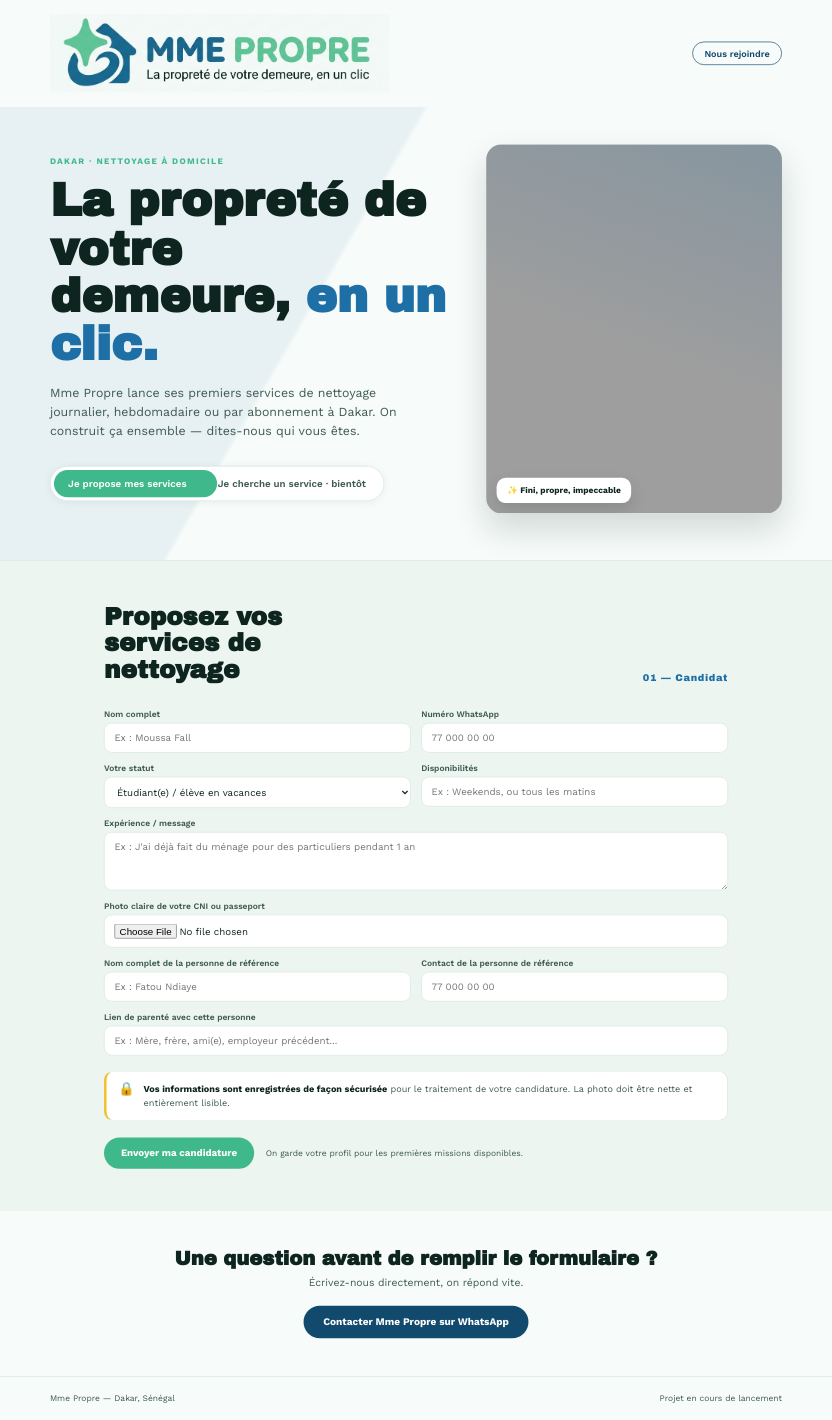
Repository: AntaaaKD/Mme-Propre
Page: test.html
An editor plug-in stored every save of this project. The page is shown before and after the next save, followed by the edit.
The browser window is 1280 px wide. The pictures show the whole page, at 65% of full size.
Pictures or frames that could not be fetched are drawn as grey boxes.

Above is the page before, as saved 2026-07-20 01:00:47.

### test.html
<!DOCTYPE html>
<html lang="fr">
<head>
<meta charset="UTF-8">
<meta name="viewport" content="width=device-width, initial-scale=1.0">
<title>Mme Propre — La propreté de votre demeure, en un clic</title>
<link rel="preconnect" href="https://fonts.googleapis.com">
<link rel="preconnect" href="https://fonts.gstatic.com" crossorigin>
<link href="https://fonts.googleapis.com/css2?family=Archivo+Black&family=Work+Sans:wght@400;500;600;700&display=swap" rel="stylesheet">
<style>
  :root{
    --surface:#F7FBF9;
    --surface-2:#ECF5F0;
    --ink:#0E241E;
    --ink-soft:#3E5A52;
    --blue:#1D6FA5;
    --blue-deep:#124A6E;
    --mint:#3FB88C;
    --lemon:#F2C230;
    --line:#D6E6DE;
    --radius:18px;
    --display:"Archivo Black", sans-serif;
    --body:"Work Sans", sans-serif;
  }
  *{box-sizing:border-box;}
  body{margin:0;padding:0;background:var(--surface);color:var(--ink);font-family:var(--body);}
  a{color:inherit;}

  /* ---------- HEADER ---------- */
  header{
    display:flex;align-items:center;justify-content:space-between;
    padding:22px 6vw;
  }
  .logo{
    font-family:var(--display);
    font-size:20px;
    letter-spacing:0.5px;
    display:flex;align-items:center;gap:10px;
  }
  .logo-img {
  height: 120px; /* Ajustez la hauteur selon vos besoins */
  width: auto;
  display: block;
}
  .logo-dot{width:12px;height:12px;border-radius:50%;background:var(--mint);box-shadow:0 0 0 4px rgba(63,184,140,0.18);}
  .header-cta{
    font-size:14px;font-weight:600;color:var(--blue-deep);
    border:1.5px solid var(--blue-deep);border-radius:999px;
    padding:9px 18px;text-decoration:none;
    transition:background .2s ease, color .2s ease;
  }
  .header-cta:hover{background:var(--blue-deep);color:#fff;}

  /* ---------- HERO ---------- */
  .hero{
    position:relative;
    padding:8vh 6vw 10vh;
    overflow:hidden;
  }
  .hero-grid{
    position:relative;z-index:2;
    display:grid;grid-template-columns:1.15fr 0.85fr;gap:56px;align-items:center;
  }
  @media (max-width:860px){
    .hero-grid{grid-template-columns:1fr;}
    .hero-image{order:-1;max-height:280px;}
  }
  .hero-image{
    position:relative;border-radius:24px;overflow:hidden;
    box-shadow:0 24px 50px rgba(14,36,30,0.16);
    aspect-ratio:4/5;
  }
  .hero-image img{
    width:100%;height:100%;object-fit:cover;display:block;
  }
  .hero-image::after{
    content:"";position:absolute;inset:0;
    background:linear-gradient(200deg, rgba(29,111,165,0.18), transparent 55%);
  }
  .hero-badge{
    position:absolute;bottom:16px;left:16px;z-index:3;
    background:#fff;border-radius:14px;padding:12px 16px;
    display:flex;align-items:center;gap:10px;
    box-shadow:0 10px 24px rgba(14,36,30,0.14);
    font-size:13px;font-weight:700;color:var(--ink);
  }
  .hero-wipe{
    position:absolute;inset:0;
    background:linear-gradient(120deg, var(--blue) 0%, var(--blue) 42%, transparent 42.5%);
    opacity:0.07;
    animation:wipe 6s ease-in-out infinite;
    pointer-events:none;
  }
  @keyframes wipe{
    0%,100%{transform:translateX(-8%);}
    50%{transform:translateX(8%);}
  }
  .eyebrow{
    font-size:13px;font-weight:700;letter-spacing:2px;text-transform:uppercase;
    color:var(--mint);margin-bottom:18px;
  }
  h1{
    font-family:var(--display);
    font-size:clamp(38px,6vw,72px);
    line-height:1.02;
    margin:0 0 22px;
    max-width:14ch;
  }
  h1 .accent{color:var(--blue);}
  .hero p{
    font-size:19px;color:var(--ink-soft);max-width:46ch;line-height:1.55;margin:0 0 40px;
  }

  /* ---------- SWITCH ---------- */
  .switch{
    display:inline-flex;background:#fff;border:1.5px solid var(--line);
    border-radius:999px;padding:5px;gap:4px;position:relative;
    box-shadow:0 2px 14px rgba(14,36,30,0.06);
  }
  .switch button{
    border:none;background:transparent;font-family:var(--body);font-weight:600;font-size:15px;
    padding:12px 22px;border-radius:999px;cursor:pointer;color:var(--ink-soft);
    transition:color .2s ease;position:relative;z-index:2;
  }
  .switch button.active{color:#fff;}
  .switch-thumb{
    position:absolute;top:5px;left:5px;bottom:5px;
    width:calc(50% - 5px);
    background:var(--mint);border-radius:999px;
    transition:transform .28s cubic-bezier(.65,0,.35,1);
    z-index:1;
  }
  .switch.pos-1 .switch-thumb{transform:translateX(100%);background:var(--blue-deep);}

  /* ---------- SECTION WRAPPER ---------- */
  .panel{
    background:var(--surface-2);
    border-top:1px solid var(--line);
    padding:9vh 6vw;
  }
  .panel-inner{max-width:960px;margin:0 auto;}
  .panel-head{display:flex;align-items:flex-end;justify-content:space-between;gap:24px;margin-bottom:40px;flex-wrap:wrap;}
  .panel h2{font-family:var(--display);font-size:clamp(26px,3.4vw,38px);margin:0;max-width:16ch;}
  .panel-head .num{font-family:var(--display);font-size:15px;color:var(--blue);letter-spacing:1px;}

  .grid{display:grid;grid-template-columns:1fr 1fr;gap:16px;}
  @media (max-width:680px){.grid{grid-template-columns:1fr;}}

  .field{display:flex;flex-direction:column;gap:6px;}
  .field.full{grid-column:1/-1;}
  label{font-size:13px;font-weight:600;color:var(--ink-soft);}
  input,select,textarea{
    font-family:var(--body);font-size:15px;
    border:1.5px solid var(--line);border-radius:12px;
    padding:13px 15px;background:#fff;color:var(--ink);
    outline:none;transition:border-color .18s ease;
  }
  input:focus,select:focus,textarea:focus{border-color:var(--blue);}
  textarea{resize:vertical;min-height:90px;}

  .submit-row{margin-top:26px;display:flex;align-items:center;gap:18px;flex-wrap:wrap;}
  .btn-whatsapp{
    display:inline-flex;align-items:center;gap:10px;
    background:var(--mint);color:#fff;border:none;border-radius:999px;
    padding:15px 26px;font-family:var(--body);font-weight:700;font-size:15px;cursor:pointer;
    transition:transform .15s ease, box-shadow .15s ease;
  }
  .btn-whatsapp:hover{transform:translateY(-2px);box-shadow:0 8px 22px rgba(63,184,140,0.35);}
  .hint{font-size:13px;color:var(--ink-soft);}

  .id-notice{
    display:flex;gap:14px;align-items:flex-start;
    background:#fff;border:1.5px solid var(--line);border-left:4px solid var(--lemon);
    border-radius:14px;padding:16px 18px;margin-top:24px;
  }
  .id-notice .icon{font-size:20px;line-height:1;}
  .id-notice p{margin:0;font-size:14px;color:var(--ink-soft);line-height:1.5;}
  .id-notice strong{color:var(--ink);}

  /* ---------- DIRECT CONTACT ---------- */
  .direct{
    padding:8vh 6vw;text-align:center;
  }
  .direct h3{font-family:var(--display);font-size:clamp(22px,3vw,30px);margin:0 0 12px;}
  .direct p{color:var(--ink-soft);margin:0 0 26px;font-size:16px;}
  .btn-direct{
    display:inline-flex;align-items:center;gap:10px;
    background:var(--blue-deep);color:#fff;border:none;border-radius:999px;
    padding:16px 30px;font-family:var(--body);font-weight:700;font-size:15.5px;text-decoration:none;
    transition:transform .15s ease;
  }
  .btn-direct:hover{transform:translateY(-2px);}

  footer{
    padding:26px 6vw;border-top:1px solid var(--line);
    font-size:13px;color:var(--ink-soft);
    display:flex;justify-content:space-between;flex-wrap:wrap;gap:10px;
  }

  .hidden{display:none;}

  /* ---------- SOON STATE (client) ---------- */
  .soon-card{
    background:#fff;border:1.5px dashed var(--line);border-radius:20px;
    padding:44px 40px;text-align:center;
  }
  .soon-badge{
    display:inline-block;font-size:12px;font-weight:700;letter-spacing:1px;text-transform:uppercase;
    background:var(--lemon);color:var(--ink);border-radius:999px;padding:6px 14px;margin-bottom:18px;
  }
  .soon-card h3{font-family:var(--display);font-size:24px;margin:0 0 12px;}
  .soon-card p{color:var(--ink-soft);font-size:16px;max-width:48ch;margin:0 auto 28px;line-height:1.55;}
</style>
</head>
<body>

<header>
  <div class="logo">
    <!-- Le chemin est relatif à votre fichier HTML -->
    <img src="images/logo-mmepropre.png"
         alt="Mme Propre"
         class="logo-img">
  </div>
  <a class="header-cta" href="#form">Nous rejoindre</a>
</header>

<section class="hero">
  <div class="hero-wipe"></div>
  <div class="hero-grid">
    <div>
      <div class="eyebrow">Dakar · Nettoyage à domicile</div>
      <h1>La propreté de votre<br>demeure, <span class="accent">en un clic.</span></h1>
      <p>Mme Propre lance ses premiers services de nettoyage journalier, hebdomadaire ou par abonnement à Dakar. On construit ça ensemble — dites-nous qui vous êtes.</p>

      <div class="switch pos-0" id="switch">
        <div class="switch-thumb"></div>
        <button class="active" data-target="candidat" onclick="setProfile('candidat')">Je propose mes services</button>
        <button data-target="client" onclick="setProfile('client')">Je cherche un service · bientôt</button>
      </div>
    </div>

    <div class="hero-image">
      <img src="https://african.land/oc-content/plugins/blog/img/blog/328.jpg" alt="Nettoyage professionnel à domicile">
      <div class="hero-badge">✨ Fini, propre, impeccable</div>
    </div>
  </div>
</section>

<section class="panel" id="form">
  <div class="panel-inner">

    <div id="panel-candidat">
      <div class="panel-head">
        <h2>Proposez vos services de nettoyage</h2>
        <span class="num">01 — Candidat</span>
      </div>
      <div class="grid">
        <div class="field"><label for="p-nom">Nom complet</label><input id="p-nom" type="text" placeholder="Ex : Moussa Fall"></div>
        <div class="field"><label for="p-tel">Numéro WhatsApp</label><input id="p-tel" type="tel" placeholder="77 000 00 00"></div>
        <div class="field">
          <label for="p-statut">Votre statut</label>
          <select id="p-statut">
            <option>Étudiant(e) / élève en vacances</option>
            <option>Professionnel(le) en recherche d'opportunité</option>
            <option>Autre</option>
          </select>
        </div>
        <div class="field"><label for="p-dispo">Disponibilités</label><input id="p-dispo" type="text" placeholder="Ex : Weekends, ou tous les matins"></div>
        <div class="field full"><label for="p-msg">Expérience / message</label><textarea id="p-msg" placeholder="Ex : J'ai déjà fait du ménage pour des particuliers pendant 1 an"></textarea></div>
        <div class="field full">
          <label for="p-photo">Photo claire de votre CNI ou passeport</label>
          <input id="p-photo" type="file" accept="image/*">
        </div>
        <div class="field"><label for="p-ref-nom">Nom complet de la personne de référence</label><input id="p-ref-nom" type="text" placeholder="Ex : Fatou Ndiaye"></div>
        <div class="field"><label for="p-ref-tel">Contact de la personne de référence</label><input id="p-ref-tel" type="tel" placeholder="77 000 00 00"></div>
        <div class="field full"><label for="p-ref-lien">Lien de parenté avec cette personne</label><input id="p-ref-lien" type="text" placeholder="Ex : Mère, frère, ami(e), employeur précédent..."></div>
      </div>

      <div class="id-notice">
        <span class="icon">🔒</span>
        <p><strong>Vos informations sont enregistrées de façon sécurisée</strong> pour le traitement de votre candidature. La photo doit être nette et entièrement lisible.</p>
      </div>

      <div class="submit-row">
        <button class="btn-whatsapp" id="submit-btn" onclick="submitCandidature()">Envoyer ma candidature</button>
        <span class="hint" id="submit-status">On garde votre profil pour les premières missions disponibles.</span>
      </div>
    </div>

    <div id="panel-client" class="hidden">
      <div class="panel-head">
        <h2>Demandez un nettoyage</h2>
        <span class="num">02 — Client</span>
      </div>
      <div class="soon-card">
        <span class="soon-badge">Bientôt disponible</span>
        <h3>Ce service arrive prochainement</h3>
        <p>Pour l'instant, Mme Propre se concentre sur le recrutement de son équipe de nettoyage. Le service de réservation pour les particuliers ouvrira dans une prochaine étape — restez connecté(e) pour être informé(e) dès son lancement.</p>
        <button class="btn-whatsapp" onclick="notifyMe()">Être informé(e) du lancement</button>
      </div>
    </div>

  </div>
</section>

<section class="direct">
  <h3>Une question avant de remplir le formulaire ?</h3>
  <p>Écrivez-nous directement, on répond vite.</p>
  <a class="btn-direct" id="direct-wa" href="#" target="_blank" rel="noopener">Contacter Mme Propre sur WhatsApp</a>
</section>

<footer>
  <span>Mme Propre — Dakar, Sénégal</span>
  <span>Projet en cours de lancement</span>
</footer>

<script>
  // ⚠️ Remplacer par le vrai numéro WhatsApp de Mme Propre, format international sans "+" ni espaces
  const WHATSAPP_NUMBER = "221775730664";

  // ⚠️ Remplacer par l'URL de ton application web Apps Script (se termine par /exec)
  const GAS_WEB_APP_URL = "https://script.google.com/macros/s/AKfycbztkSX3TyebbLAMASZva5rAbgVcuSgHpPOw3mWZLaVD60Z6R83ZnjcCemumw_IpcYI8/exec";

  function setProfile(target){
    const isClient = target === 'client';
    document.getElementById('panel-client').classList.toggle('hidden', !isClient);
    document.getElementById('panel-candidat').classList.toggle('hidden', isClient);
    document.getElementById('switch').classList.toggle('pos-0', !isClient);
    document.getElementById('switch').classList.toggle('pos-1', isClient);
    document.querySelectorAll('.switch button').forEach(b=>{
      b.classList.toggle('active', b.dataset.target === target);
    });
  }

  function fileToBase64(file){
    return new Promise((resolve, reject) => {
      const reader = new FileReader();
      reader.onload = () => resolve(reader.result);
      reader.onerror = reject;
      reader.readAsDataURL(file);
    });
  }

  async function submitCandidature(){
    const btn = document.getElementById('submit-btn');
    const status = document.getElementById('submit-status');

    const nom = document.getElementById('p-nom').value.trim();
    const tel = document.getElementById('p-tel').value.trim();
    const statut = document.getElementById('p-statut').value;
    const dispo = document.getElementById('p-dispo').value.trim();
    const experience = document.getElementById('p-msg').value.trim();
    const refNom = document.getElementById('p-ref-nom').value.trim();
    const refTel = document.getElementById('p-ref-tel').value.trim();
    const refLien = document.getElementById('p-ref-lien').value.trim();
    const photoInput = document.getElementById('p-photo');
    const photoFile = photoInput.files[0];

    if(!nom || !tel){
      status.textContent = "Merci de renseigner au moins votre nom et votre numéro.";
      status.style.color = "#B3261E";
      return;
    }

    btn.disabled = true;
    btn.textContent = "Envoi en cours...";
    status.style.color = "";
    status.textContent = "Merci de patienter, ça ne prend que quelques secondes.";

    try{
      let photoBase64 = "", photoMimeType = "", photoName = "";
      if(photoFile){
        photoBase64 = await fileToBase64(photoFile);
        photoMimeType = photoFile.type;
        photoName = photoFile.name;
      }

      await fetch(GAS_WEB_APP_URL, {
        method: "POST",
        mode: "no-cors",
        headers: { "Content-Type": "text/plain;charset=utf-8" },
        body: JSON.stringify({ nom, tel, statut, dispo, experience, refNom, refTel, refLien, photoBase64, photoMimeType, photoName })
      });

      btn.textContent = "Envoyé ✓";
      status.style.color = "#3FB88C";
      status.textContent = "Candidature reçue ! On revient vers vous très bientôt.";
      document.querySelectorAll('#panel-candidat input, #panel-candidat select, #panel-candidat textarea').forEach(el => {
        if(el.type === 'file') el.value = ""; else el.value = "";
      });
    } catch(err){
      btn.disabled = false;
      btn.textContent = "Envoyer ma candidature";
      status.style.color = "#B3261E";
      status.textContent = "Une erreur est survenue, réessayez ou contactez-nous sur WhatsApp.";
    }
  }

  function notifyMe(){
    const text = "Bonjour Mme Propre 👋\n\nJe suis intéressé(e) par le service de réservation de nettoyage. Merci de me prévenir dès son lancement !";
    const url = `https://wa.me/${WHATSAPP_NUMBER}?text=${encodeURIComponent(text)}`;
    window.open(url, '_blank');
  }

  document.getElementById('direct-wa').href = `https://wa.me/${WHATSAPP_NUMBER}?text=${encodeURIComponent("Bonjour Mme Propre, j'ai une question 👋")}`;
  setProfile('candidat');
</script>

</body>
</html>

After the next save:
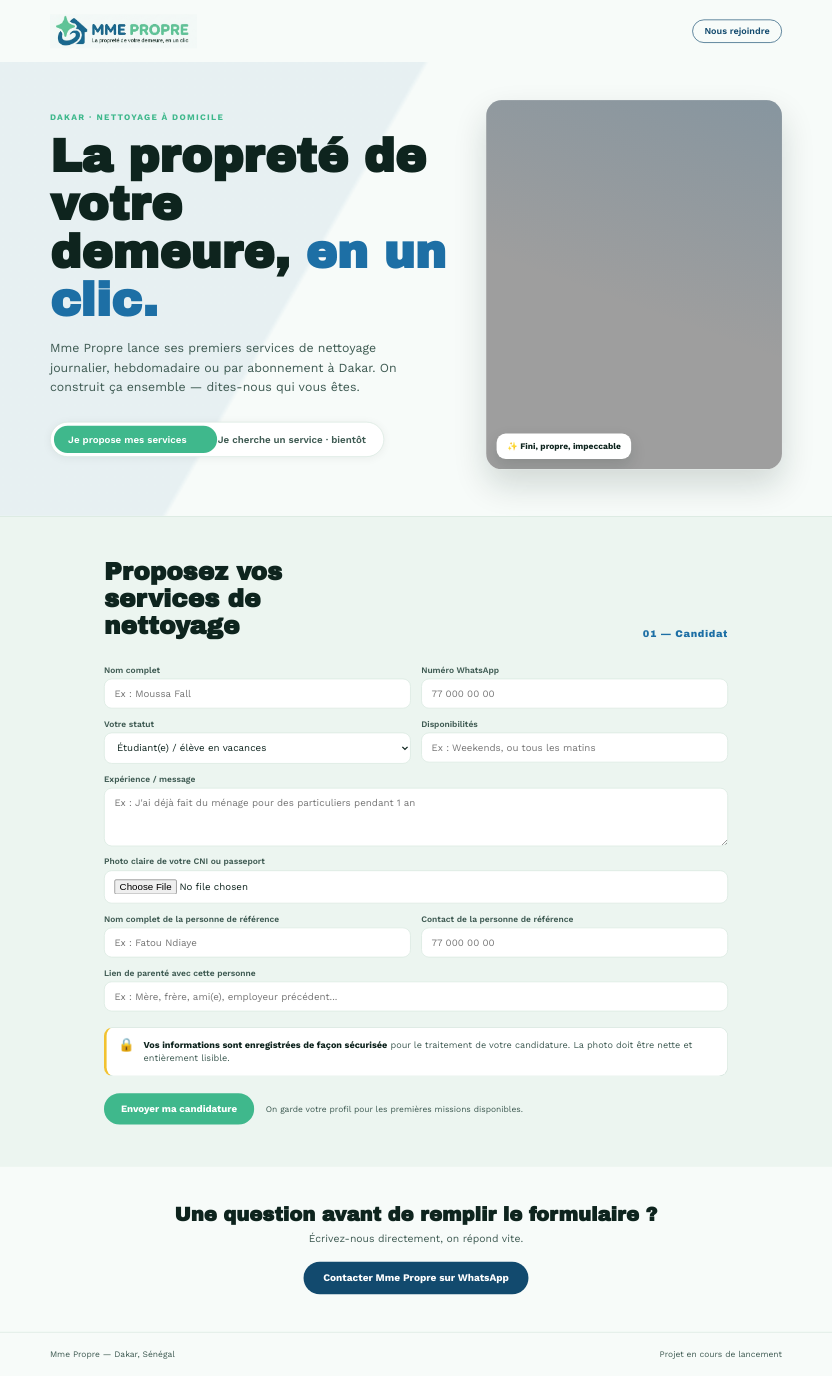
Saved 50 s later.
--- a/test.html
+++ b/test.html
@@ -31,18 +31,17 @@
     display:flex;align-items:center;justify-content:space-between;
     padding:22px 6vw;
   }
-  .logo{
-    font-family:var(--display);
-    font-size:20px;
-    letter-spacing:0.5px;
-    display:flex;align-items:center;gap:10px;
-  }
-  .logo-img {
-  height: 120px; /* Ajustez la hauteur selon vos besoins */
-  width: auto;
-  display: block;
+.logo{
+    display:flex;
+    align-items:center;
+    text-decoration:none;
 }
-  .logo-dot{width:12px;height:12px;border-radius:50%;background:var(--mint);box-shadow:0 0 0 4px rgba(63,184,140,0.18);}
+
+.logo-img{
+    height:52px;
+    width:auto;
+    display:block;
+}
   .header-cta{
     font-size:14px;font-weight:600;color:var(--blue-deep);
     border:1.5px solid var(--blue-deep);border-radius:999px;

After the save that followed:
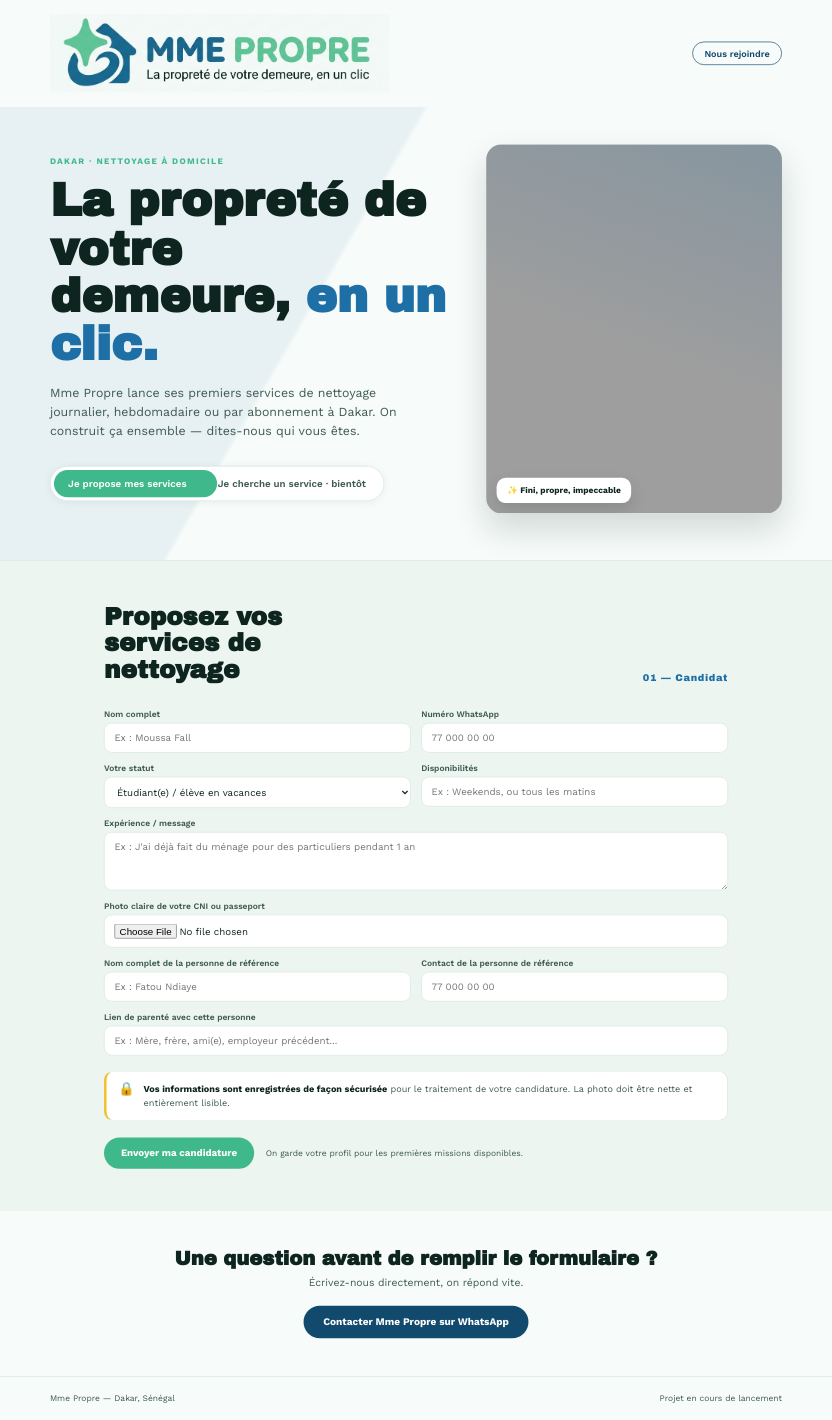
Saved 13 s later.
--- a/test.html
+++ b/test.html
@@ -38,7 +38,7 @@
 }
 
 .logo-img{
-    height:52px;
+    height:120px;
     width:auto;
     display:block;
 }
